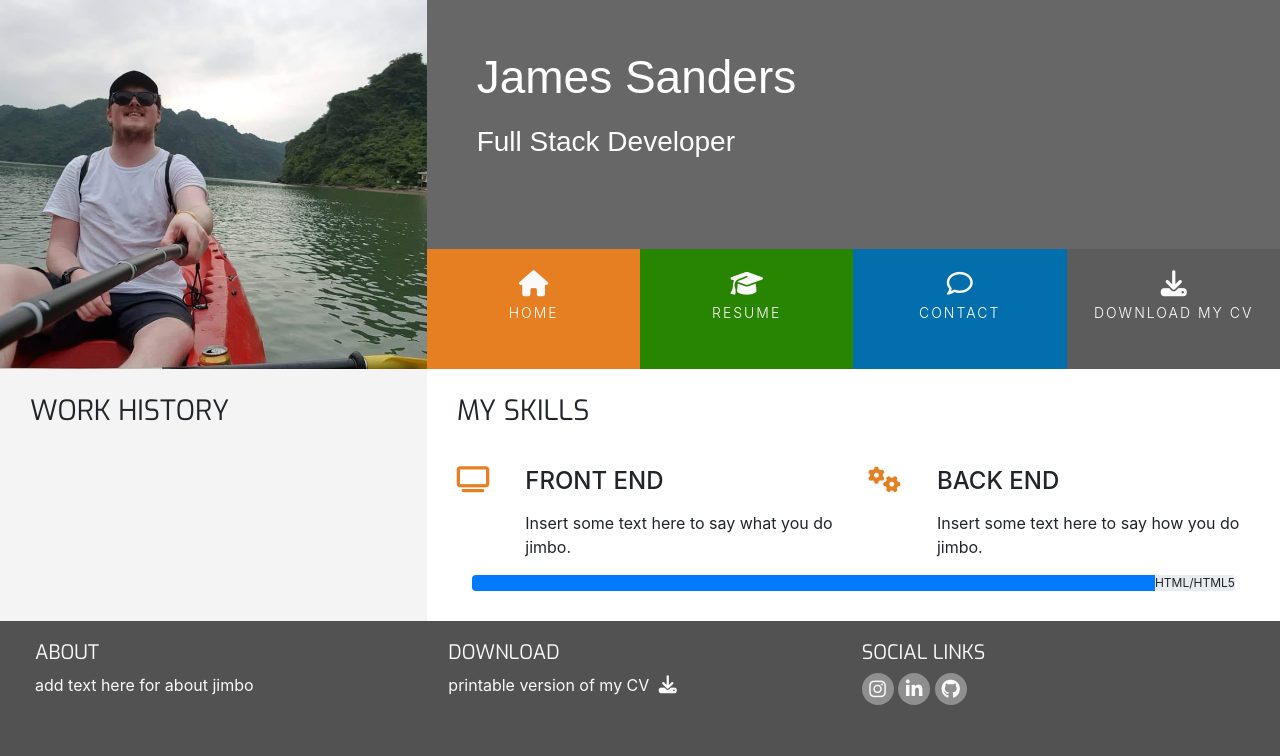
Repository: JaySanders95/my-online-resume
Page: resume.html
An editor plug-in stored every save of this project. The page is shown before and after the next save, followed by the edit.
The browser window is 1280 px wide. The pictures show the whole page.
Some web fonts or font styles are not loaded; a fallback is used. Some web libraries are served in a nearby version.

Above is the page before, as saved 2023-04-19 21:50:38.

After the next save:
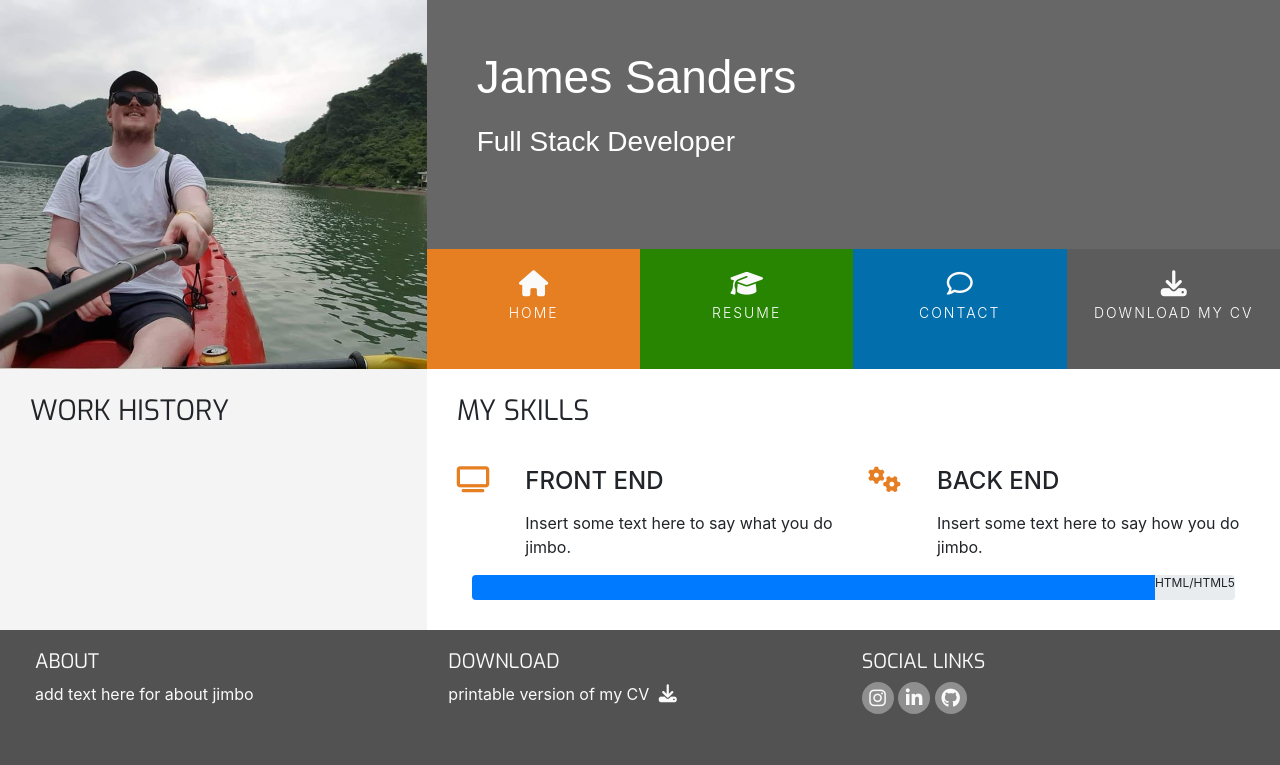
Saved 71 s later.
--- a/assets/css/style.css
+++ b/assets/css/style.css
@@ -262,6 +262,10 @@ footer {
 
 }
 
+/* ------- Skills ---------*/
+
 .progress {
     line-height: normal;
-}
+    position: relative;
+    height: 25px;
+}
